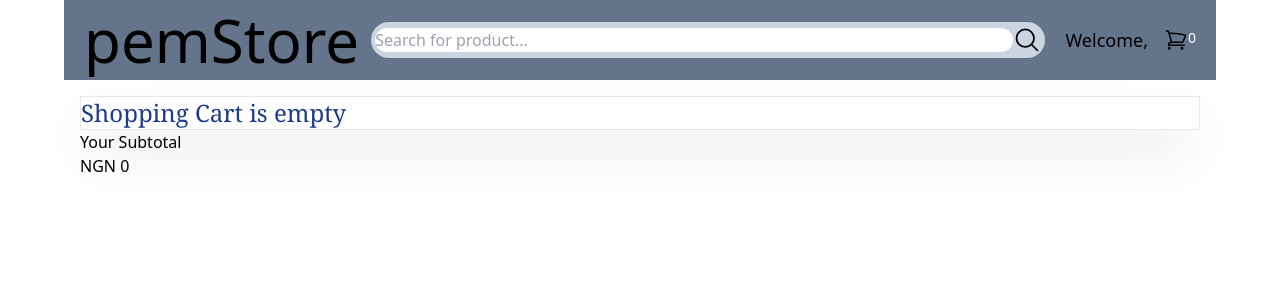
Repository: Semanmernstack/pemstore
Page: /checkout
These files come from the project's save history. The page is drawn as it stood at one moment and after the next save; the edit follows.
The browser window is 1280 px wide. The pictures show the whole page.
The page's requests for data from a server got no answer. The project was rebuilt for these pictures with package versions that can differ from the ones it lists, and the page was loaded fresh each time. The framework's server and built-in components were replaced by stand-ins that run in the browser. No one was signed in, and anything a server would have sent is missing. Also part of the build but not shown: next.config.js, components/CheckoutProduct.js.

Above is the page before, as saved 2022-11-06 04:52:32.

After the next save:
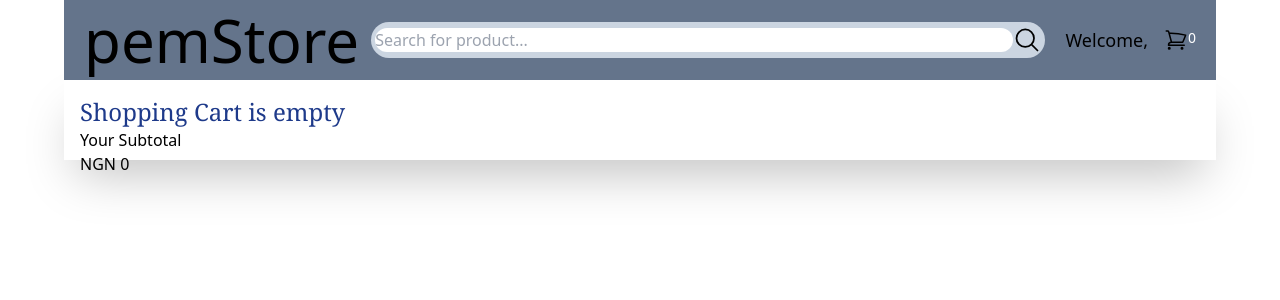
Saved 15 s later.
--- a/pages/checkout.js
+++ b/pages/checkout.js
@@ -11,8 +11,8 @@ function Checkout() {
   return (
     <div  className=" mx-auto max-w-6xl "  >
         <Header />
-        <div className="h-20 p-4">
-        <div className="flex items-center shadow-2xl border text-lg md:text-xl lg:text-2xl font-serif text-blue-900 space-x-4 ">
+        <div className="h-20 p-4 shadow-2xl">
+        <div className="flex items-center  text-lg md:text-xl lg:text-2xl font-serif text-blue-900 space-x-4 ">
             <h1>{items.length === 0 ? "Shopping Cart is empty"  : "This is your pemStore Shopping Cart" }   </h1>
             <p>{session?.user.name}</p>
         </div>
